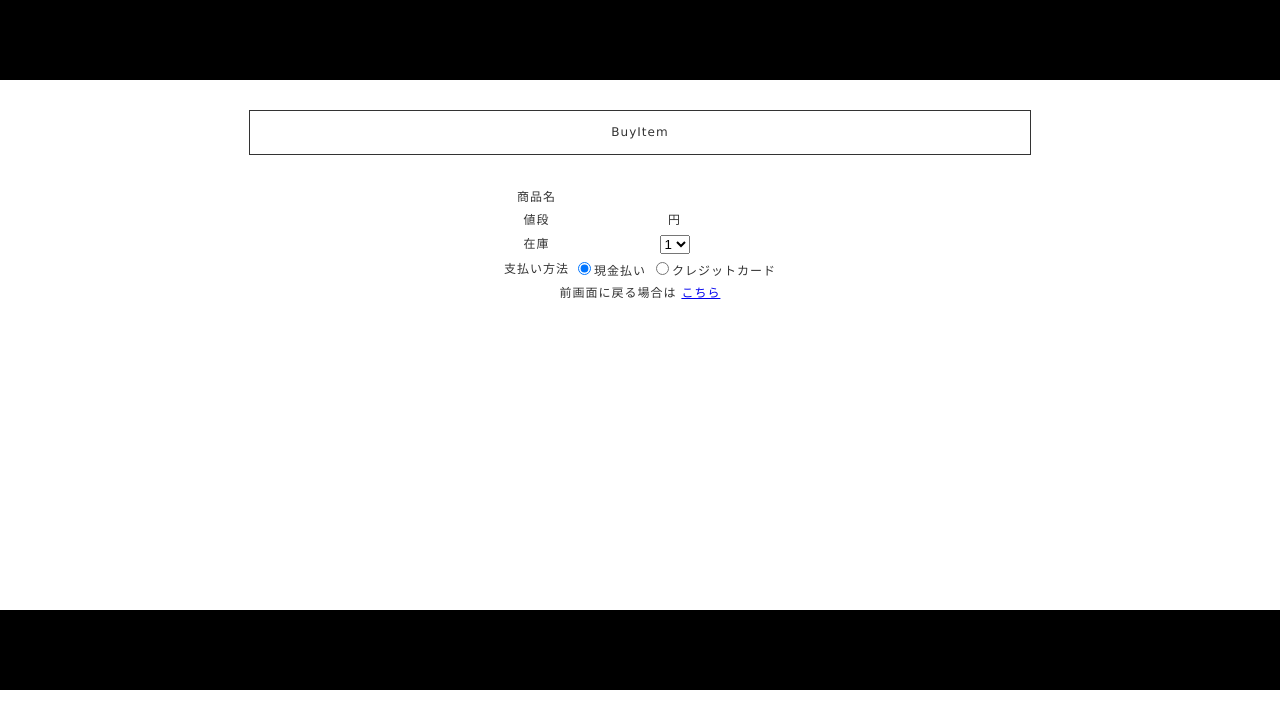
Repository: 1209mori05/test
Page: http://localhost/template/buyItem.jsp
An editor plug-in stored every save of this project. The page is shown before and after the next save, followed by the edit.
The browser window is 1280 px wide. The pictures show the whole page.
The page is served by Tomcat 9. Other server files are loaded and not shown.

Above is the page before, as saved 2018-03-28 04:14:00.

### template/WebContent/buyItem.jsp
<%@ page language="java" contentType="text/html; charset=UTF-8"

pageEncoding="UTF-8"%>

<%@ taglib prefix="s" uri="/struts-tags"%>
<!DOCTYPE html>
<html>
<head>

<meta http-equiv="Content-Type" content="text/html; charset=utf-8" />
<meta http-equiv="Content-Style-Type" content="text/css" />
<meta http-equiv="Content-Script-Type" content="text/javascript" />
<meta http-equiv="imagetoolbar" content="no" />
<meta name="description" content="" />
<meta name="keywords" content="" />
<title>商品購入画面</title>
<style type="text/css">
	body {
		margin:0;
		padding:0;
		line-height:1.6;
		letter-spacing:1px;
		font-family:Verdana, Helvetica, sans-serif;
		font-size:12px;
		color:#333;
		background:#fff;
		}
	table {
		text-align:center;
		margin:0 auto;
		}
	#top {
		width:780px;
		margin:30px auto;
		border:1px solid #333;
		}
	#header {
		width: 100%;
		height: 80px;
		background-color: black;
		}
	#main {
		width: 100%;
		height: 500px;
		text-align: center;
		}
	#footer {
		width: 100%;
		height: 80px;
		background-color: black;
		clear:both;
		}
</style>
</head>
<body>
	<div id="header">
		<div id="pr"></div>
	</div>
	<div id="main">
		<div id="top">
			<p>BuyItem</p>
		</div>
		<div>
			<s:form action="BuyItemAction">
				<table>
					<tr>
						<td><span>商品名</span></td>
						<td><s:property value="session.buyItem_name" /></td>
					</tr>
					<tr>
						<td><span>値段</span></td>
						<td><s:property value="session.buyItem_price" /><span>円</span></td>
					</tr>
					<tr>
						<td><span>在庫</span></td>
						<td><select name="stock">
							<option value="1" selected="selected">1</option>
							<option value="2">2</option>
							<option value="3">3</option>
							<option value="4">4</option>
							<option value="5">5</option>
						</select></td>
					</tr>
					<tr>
						<td><span>支払い方法</span></td>
						<td><input type="radio" name="pay" value="1" checked="checked">現金払い
							<input type="radio" name="pay" value="2">クレジットカード</td>
					</tr>
				</table>
			</s:form>
			<div>
				<span>前画面に戻る場合は</span>
				<a href='<s:url action="HomeAction" /> '>こちら</a>
			</div>
		</div>
	</div>
	<div id="footer">
		<div id="pr"></div>
	</div>
</body>
</html>

After the next save:
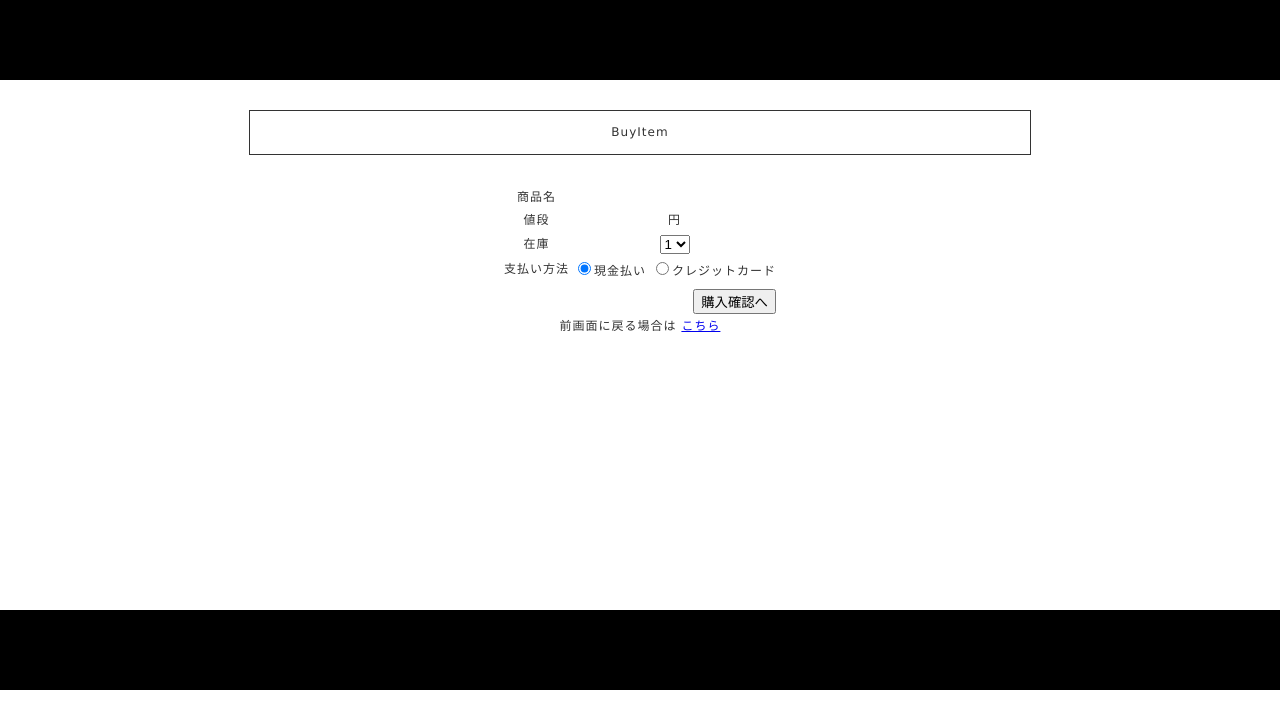
Saved 2 min 59 s later.
--- a/template/WebContent/buyItem.jsp
+++ b/template/WebContent/buyItem.jsp
@@ -86,6 +86,9 @@
 						<td><input type="radio" name="pay" value="1" checked="checked">現金払い
 							<input type="radio" name="pay" value="2">クレジットカード</td>
 					</tr>
+					<tr>
+					<td><s:submit value="購入確認へ" /></td>
+					</tr>
 				</table>
 			</s:form>
 			<div>
